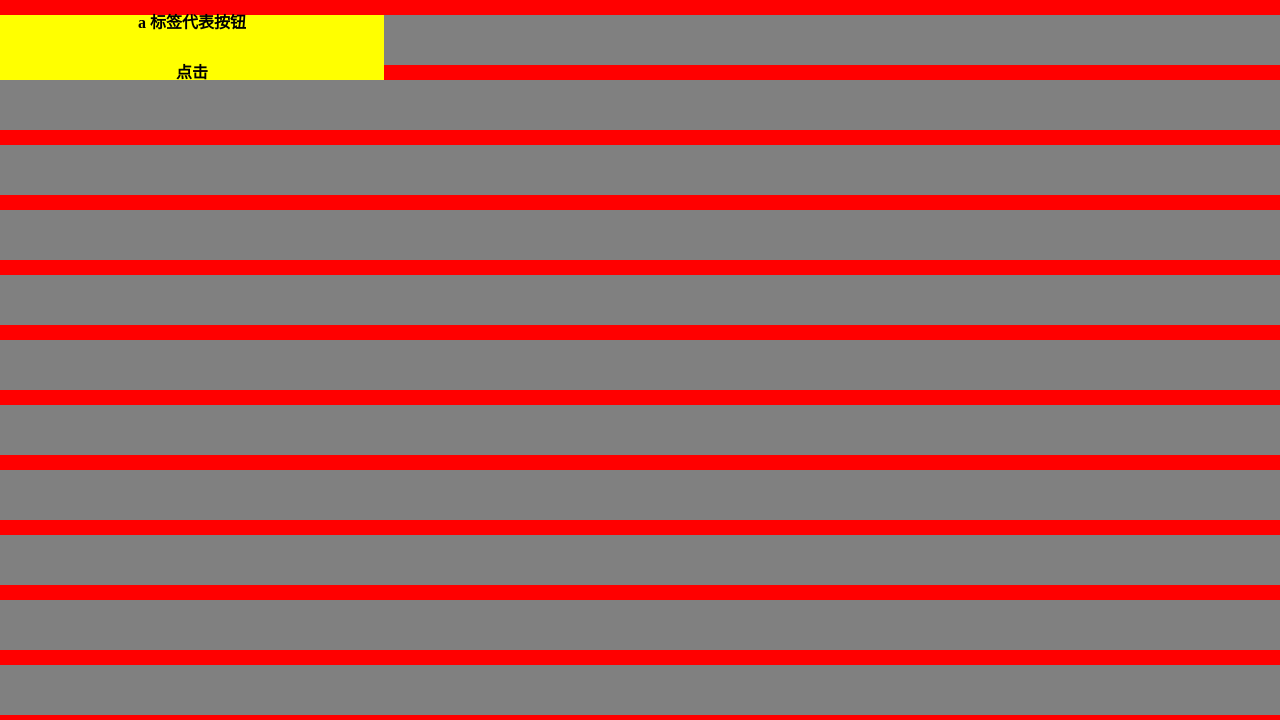
Repository: wangxinjun08231116/Html5Views
Page: WangXinJun/WebContent/htmls/ChongYongMark/ChangYongMark.html
An editor plug-in stored every save of this project. The page is shown before and after the next save, followed by the edit.
The browser window is 1280 px wide. The pictures show the whole page.

Above is the page before, as saved 2015-02-03 13:40:36.

### WangXinJun/WebContent/htmls/ChongYongMark/ChangYongMark.html
<!DOCTYPE html>
<html>
<head>
<meta http-equiv="Content-Type" content="text/html; charset=utf-8">
<title>test</title>
 <link href="/WangXinJun/css/ChangYongMark/ChangYongMark.css" rel="stylesheet" type="text/css"/>
</head>
<body>
<div class="divItem" >
<a>a 标签代表按钮</a>
<a>点击</a>
</div>
<div class="divItem" >


</div>
<div class="divItem" >


</div>

<div class="divItem" >


</div>

<div class="divItem" >


</div>

<div class="divItem" >


</div>

<div class="divItem" >


</div>

<div class="divItem" >


</div>

<div class="divItem" >


</div>

<div class="divItem" >


</div>

<div class="divItem" >


</div>
</body>
</html>

### WangXinJun/WebContent/css/ChangYongMark/ChangYongMark.css
* {margin:0;padding:0;}

html{
	height:100%;width:100%;
	background-color:green;

}
body {height:100%;width:100%;
	background-color:red;
}

.divItem{
		background-color:gray;
	    margin-top : 15px;
	    width:100%;
	    height:50px;
	    float:left;

}

a{
	background-color:yellow;
	width:30%;
    height:100%;
    line-height:100%;
    font-weight: bold;
    font-size: 16px;
    text-align:center;
    display: block;

}

After the next save:
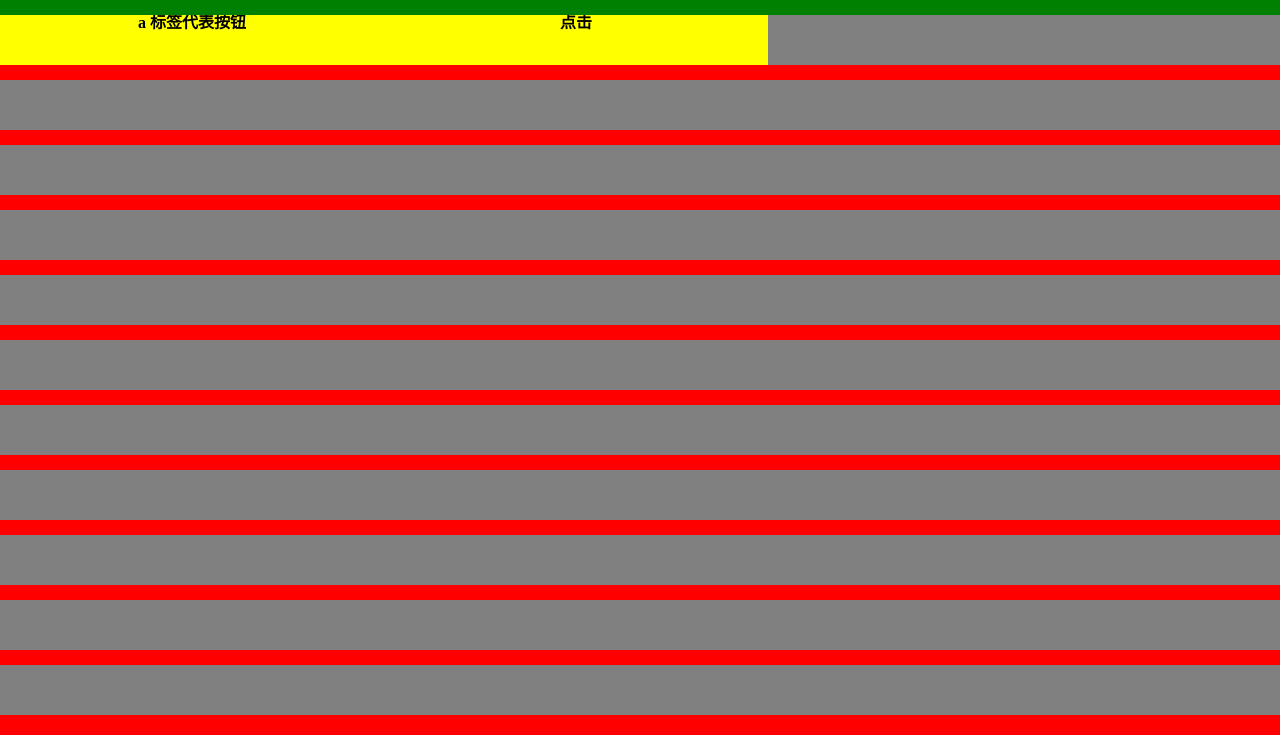
Saved 3 min 0 s later.
--- a/WangXinJun/WebContent/css/ChangYongMark/ChangYongMark.css
+++ b/WangXinJun/WebContent/css/ChangYongMark/ChangYongMark.css
@@ -14,7 +14,7 @@ body {height:100%;width:100%;
 	    margin-top : 15px;
 	    width:100%;
 	    height:50px;
-	    float:left;
+	    overflow-y: hidden
 
 }
 
@@ -27,5 +27,7 @@ a{
     font-size: 16px;
     text-align:center;
     display: block;
+    float:left;
+
 
 }
